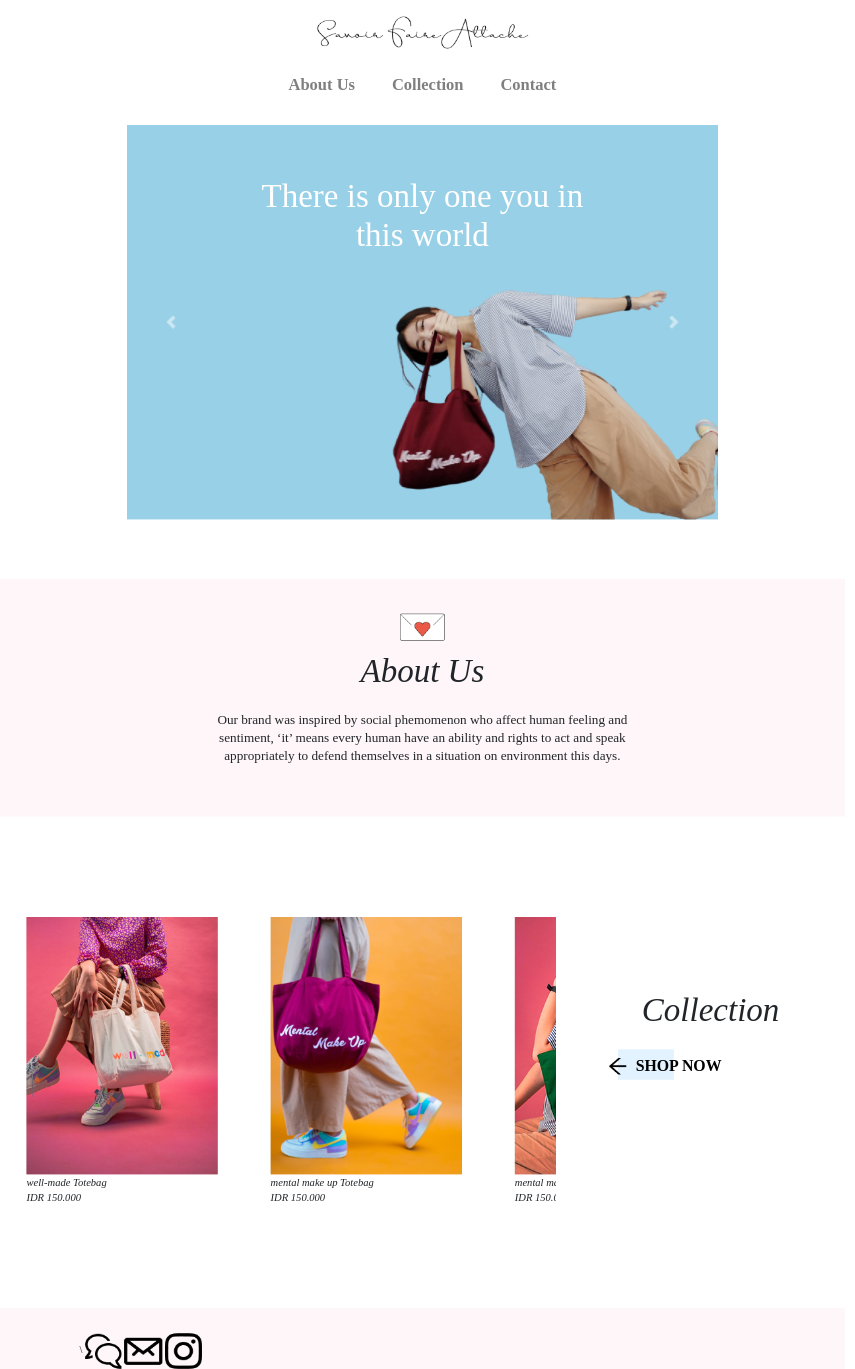
Repository: bismowibi/savoir
Page: index.html
These files come from the project's save history. The page is drawn as it stood at one moment and after a run of saves; the edit follows.
The browser window is 1280 px wide. The page is 1295 px wide, so the pictures cover 1295 px, including what lies to the right of the window. The pictures show the whole page, at 66% of full size.
Some web fonts or font styles are not loaded; a fallback is used. Some web libraries are served in a nearby version.

Above is the page before, as saved 2020-04-06 22:39:15.

### index.html
<!doctype html>
<html lang="en">

<head>
  <title>Savoir Fairre Attache</title>
  <!-- Required meta tags -->
  <meta charset="utf-8">
  <meta name="viewport" content="width=device-width, initial-scale=1, shrink-to-fit=no">
  <!-- Internal CSS -->
  <link rel="stylesheet" href="style.css">
  <!-- Bootstrap CSS -->
  <link rel="stylesheet" href="https://stackpath.bootstrapcdn.com/bootstrap/4.3.1/css/bootstrap.min.css"
    integrity="sha384-ggOyR0iXCbMQv3Xipma34MD+dH/1fQ784/j6cY/iJTQUOhcWr7x9JvoRxT2MZw1T" crossorigin="anonymous">
  <!-- Font Face GT -->
  <link href="https://db.onlinewebfonts.com/c/4417812509ea84242dcf790e829ca350?family=GT+Walsheim+Pro+Regular" rel="stylesheet" type="text/css"/>
    <!-- Icon -->
  <script src="https://kit.fontawesome.com/c5d0666ee9.js" crossorigin="anonymous"></script>
</head>

<body>

  <!-- Optional JavaScript -->
  <!-- jQuery first, then Popper.js, then Bootstrap JS -->
  <script src="https://code.jquery.com/jquery-3.3.1.slim.min.js"
    integrity="sha384-q8i/X+965DzO0rT7abK41JStQIAqVgRVzpbzo5smXKp4YfRvH+8abtTE1Pi6jizo" crossorigin="anonymous">
  </script>
  <script src="https://cdnjs.cloudflare.com/ajax/libs/popper.js/1.14.7/umd/popper.min.js"
    integrity="sha384-UO2eT0CpHqdSJQ6hJty5KVphtPhzWj9WO1clHTMGa3JDZwrnQq4sF86dIHNDz0W1" crossorigin="anonymous">
  </script>
  <script src="https://stackpath.bootstrapcdn.com/bootstrap/4.3.1/js/bootstrap.min.js"
    integrity="sha384-JjSmVgyd0p3pXB1rRibZUAYoIIy6OrQ6VrjIEaFf/nJGzIxFDsf4x0xIM+B07jRM" crossorigin="anonymous">
  </script>

  <section id="title">
    <div class="container-fluid">

      <!-- Header-logo -->
      <header id="site-header">
        <!-- <h5>Sfa</h5> -->
        <img src="Photos/savoir.png" alt="">
      </header>

      <!-- Navigation Bar -->
      <nav class="navbar navbar-expand-lg navbar-light">
        <a class="navbar-brand d-block d-sm-block d-md-bock d-lg-none navbar-right" style="float: none;"
          href="#">Sfa</a>

        <!-- Navbar Collapse Button -->
        <button class="navbar-toggler" type="button" data-toggle="collapse" data-target="#navbarTogglerDemo02"
          aria-controls="navbarTogglerDemo02" aria-expanded="false" aria- label="Toggle navigation">
          <span class="navbar-toggler-icon"></span>
        </button>

        <!-- Navbar Menu -->
        <div class="collapse navbar-collapse" id="navbarTogglerDemo02">
          <ul class="navbar-nav mx-auto">
            <li class="nav-item"><a class="nav-link" href="#about-us">About Us</a></li>
            <li class="nav-item"><a class="nav-link" href="#collection">Collection</a></li>
            <li class="nav-item"><a class="nav-link" href="#contact">Contact</a></li>
          </ul>
      </nav>
  </section>

  <!-- Home  -->
  <section id="home">
    <!-- <div class="container"> -->
    <div id="carouselExampleControls" class="carousel slide" data-ride="carousel" data-interval="0">
      <div class="carousel-inner">
        <!-- Card 1  -->
        <div class="carousel-item active">
          <div class="row card-1">
            <div class="col-lg-12">
              <h2 class="text-center">There is only one you in <br>this world</h2>
            </div>
            <div class="col-lg-12">
              <img class="img-card-1" src="Photos/card-1.png" alt="">
            </div>
          </div>
        </div>
        <!-- Card 2  -->
        <div class="carousel-item">
          <div class="row card-2">
            <div class="col-lg-6">
              <img class="img-card-2" src="Photos/card-2.png" alt="">
            </div>
            <div class="col-lg-6">
              <h2>Chic and <br>Colourful</h2>
            </div>
          </div>
        </div>
        <!-- Card 3 -->
        <div class="carousel-item">
          <div class="row card-3">
            <div class="col-lg-6">
              <h2>Savoir Faire Attache</h2>
            </div>
            <div class="col-lg-6">
              <img class="img-card-3" src="Photos/card-3.png" alt="">
            </div>
          </div>
        </div>
        <!-- Card 4 -->
        <div class="carousel-item">
          <div class="row card-4">
            <div class="col-lg-6">
              <h2>Grab yours now!</h2>
            </div>
            <div class="col-lg-6">
              <img class="img-card-4" src="Photos/card-4-n.png" alt="">
            </div>
          </div>
        </div>
      </div>
      <!-- Button Slider  -->
      <a class="carousel-control-prev" href="#carouselExampleControls" role="button" data-slide="prev">
        <span class="carousel-control-prev-icon" aria-hidden="true"></span>
        <span class="sr-only">Previous</span>
      </a>
      <a class="carousel-control-next" href="#carouselExampleControls" role="button" data-slide="next">
        <span class="carousel-control-next-icon" aria-hidden="true"></span>
        <span class="sr-only">Next</span>
      </a>
    </div>
    </div>
  </section>

  <section id="about-us">
    <div class="container-fluid">
      <div class="row text-center">
        <div class="col-about col-lg-12 ">
          <img class="love-letter" src="Photos/love-letter.png" alt="">
        </div>
        <div class="col-lg-12 text-center">
          <h2>About Us</h2>
          <p class="">Our brand was inspired by social phemomenon who affect human feeling and <br> sentiment, ‘it’ means every human have an ability and rights to act and speak <br>appropriately to defend themselves in a situation on environment this days. </p>
        </div>
      </div>
    </div>
    </div>
  </section>


  <!-- Collection -->
  <section id="collection">
    <!-- Scroling -->
    <div class="row scrolling-row">
      <div class="col-lg-8 sm-12">
        <div class="scrolling-wrapper-flexbox">
          <div class="card">
            <img src="Photos/img-collect-1.png" alt="">
            <span>well-made Totebag <br>IDR 150.000<span>
          </div>
          <div class="card">
            <img src="Photos/img-collect-2.png" alt="">
            <span>mental make up Totebag <br>IDR 150.000<span>
          </div>
          <div class="card">
            <img src="Photos/img-collect-3.png" alt="">
            <span>mental make up Totebag <br>IDR 150.000<span>
          </div>
          <div class="card">
            <img src="Photos/img-collect-4.png" alt="">
            <span>amore Totebag <br>IDR 150.000<span>
          </div>
        </div>
      </div>
      <div class="shop-now col-lg-4 sm-12">
        <h1 class="text-center">Collection</h1>
        <div class="arrow">
          <img class="img-arrow" src="Photos/arrow-biru.png" alt="">
          <a href="https://linktr.ee/savoirfaire_attache" target="_blank">
            <h4> SHOP NOW</h4>
          </a>
        </div>

      </div>
      </di>

  </section>

  <section id="contact">
  <div class="container-fluid">
    <div class="row text-center">
      <div class="col-lg-4 ">\
        <img class="line-img" src="Photos/text-icon.png" alt="">
        <img class="mail-img"   src="Photos/mail-icon.png" alt="">
        <img class="ig-img"  src="Photos/ig-icon-2.png" alt="">
      </div>
    </div>
    </div>
    <!-- Mobile Version Code -->
    <div class="row contact-mobile text-center">
      <div class="col-sm-4">
        <img class="line-img" src="Photos/text-icon.png" alt="">
        <img class="mail-img"   src="Photos/mail-icon.png" alt="">
        <img class="ig-img"  src="Photos/ig-icon-2.png" alt="">
      </div>
      <div class="col-sm-12">
        <h6>Shipping only on Mon - Wed - Fri </h6>
      </div>
      </div>
    </div>


  </div>





  </section>











</body>

</html>

### style.css
/* Header - Logo */
#site-header {
    text-align: center;
    padding-top: 2%;
    font-family: "BeautyDream";
    font-size: 30px;
}

#site-header h5 {
    font-size: 30px;
}

#title{
    padding-bottom: 2%;
}
/* Navigation Bar */
.navbar-nav>li {
    padding-left: 20px;
    padding-right: 20px;
    font-family: "GT Walsheim Pro Regular";
    font-weight: bold;
    font-size:25px;
    margin-top:20px;
}

.navbar-brand {
    font-family: "BeautyDream";
    font-size: 2rem !important;
}


/* Home Card Background */
.card-1 {
    background-color: #98D0E7;
}

.card-2 {
    background-color: #D54C63;
}

.card-3 {
    background-color: #FECF70;
}

.card-4 {
    background-color: #F7E6D8;
}

/* Home */
#home {
    padding: 0% 15% 7%;
}

#carouselExampleControls h2 {
    font-family: "Futura";
    font-size: 50px;
    position: relative;
}

/* Card 1  */
.img-card-1 {
    position: relative;
    left: 35%;
    height: 470px;
}

.card-1 h2 {
    top: 60%;
    color: white;
}

/* Card 2 */
.img-card-2 {
    position: relative;
    left: 25%;
}

.card-2 h2 {
    color: #ffff;
    top: 40%;
    left: 10%;
}

/* Card 3 */
.card-3 h2 {
    color: #9C7C62;
    top: 35%;
    left: 23%;
}

/* Card-4 */
.card-4 h2 {
    left: 30%;
    top: 20%;
    color: #D54C63;
}

.img-card-4{

}
/* About Us */
#about-us {
    background-color: #FEF6F8;
    height: 360px;
    /* text-align: center; */
    padding: 3% 15% 3%;
    font-family: "GTWalsheimProRegular";
}

#about-us p{
    font-size: 20px;
    line-height: 27px;
    margin-top:30px;
}

#about-us h2 {
    font-family: Futura;
    font-style: italic;
    font-weight: 500;
    font-size: 50px;
}


/* Collection */

#collection {
    padding-top: 12%;
    padding-bottom:12%;
    font-family: "Futura";
    font-weight: 500;
    font-style: italic;
}

.scrolling-wrapper-flexbox {
    display: flex;
    white-space: nowrap;
    overflow-x: scroll;
    overflow-y:hidden;



}

.scrolling-wrapper-flexbox::-webkit-scrollbar {
    display: none;

}


.card {
    flex: 0 0 auto;
    /* height: 290px;
    width: 390px; */
    margin-left: 40px;
    margin-right: 40px;
    border: none !important;

}

#collection h1 {
    font-size: 50px;
    margin-top: 110px;

}

.arrow {
    margin-left: 45px;
    margin-top: 30px;

}

.arrow h4 {
    left: 24%;
    position: absolute;
    top: 48%;
    font-style: normal;
    font-weight: bold;
}

#collection a {
    color: black;
}

#collection a:hover {
    color: #d24967;
}



/* Contact */

#contact{
    padding: 3% 0% 0% 0%;
    background-color: #FEF6F8 ;
    font-family: "Futura";
}

#contact h2{
    font-size: 50px;
    font-style: italic;
    padding-top: 1%;
}

.contact-icon{
    padding-top:40px;
}

.shipping h6{
    font-size: 18px;
    margin-top: 15px;
    line-height: 45px;
    padding-top: 3%;
}

.contact-icon a {
    position: absolute;
    z-index: 9999;
 }


/* Only Show on Web */

@media only screen and (min-width:990px) {
.line{
    left:360px;
}

.mail{
    right: 370px;
    top: 10px;
}

#contact .contact-mobile{
    display: none;
}

}
#contact p{
    margin-top: 10px;
    opacity: 0;

}





/* Mobile Version */
@media only screen and (max-width:990px) {
    #site-header {
        display: none;
    }
}




@media only screen and (max-width:990px) {
    #home {
        padding: 0 0 0 0 !important;
    }
    .navbar-nav>li{
        font-size:15px;
    }
    /* Heading 2 Mobile */
    #carouselExampleControls h2 {
        font-size: 30px;
        text-align: center;
        display: flex;
        flex-direction: column;

    }

    #carouselExampleControls br{
        display: none;
    }

    .card-1, .card-2, .card-3, .card-4{
       height: 500px;
    }


    /* Card 1 Mobile */
    .img-card-1 {
        height: 80%;
        width: auto;
        position: relative;
        left: 4%;
        top: 3%;

    }

    /* Card 2 Mobile */
    .img-card-2 {
        position: relative;
        top: 22%;
        left: 10%;
        width: 80%;
    }

    .card-2 h2 {
        left: 0%;
        top: -1000%;
}


    /* Card 3 Mobile */
    .card-3 h2 {
        left:0%;
        top:130%;
    }

    .img-card-3 {
        width: auto;
        height: 70%;
        position: relative;
        left: 10%;
        top: 9%;

    }

    /* Card 4 Mobile */
    .img-card-4 {
        width: 81.5%;
        left: 10%;
        position: relative;
        top: 0%;
    }

    .card-4 h2 {
        left:0%;
        top:130%;
    }


    /* About Us Mobile Ver */
    #about-us {
        margin-top: 20%;
        padding-left: 0%;
        padding-right: 0%;
    }

    #about-us br{
        display: none;
    }

    #about-us h2 {
        font-size: 30px;
    }

    #about-us p {
        font-size: 15px;
        line-height: 24px;
    }

    #about-us .row{
        padding-top:40px;
    }

    /* Collection  Mobile Ver*/
    #collection {
        padding-top: 20%;
    }

    #collection h1 {
        font-size: 30px;
        margin-top: 0;

    }

    .arrow h4 {
        font-size: 15px;
        ;
        left: 30%;

    }

    .scrolling-row {
        display: flex;
        flex-direction: column-reverse;
    }

    .img-arrow {
        left: 5%;
        position: relative;
        margin-bottom: 13%;
    }
    #contact h2{
        font-size:30px;
        padding-top:5%;
    }

    .con{
        padding-top:2%;
    }
    .contact-icon{
        display: none;
    }

    .contact-mobile{
        padding-top: 10%;
    }
    .mail-img, .line-img, .ig-img {
        width: auto;
        height:60%;
        margin-left:4%;
        margin-right:4%;

    }


    .contact-mobile h6{
        font-size: 14px;
        padding-top: 20px;
    }





}


}

/* Font  */



@font-face{

    font-family: 'GTWalsheimProRegular';
    src: url('Font/GTWalsheimPro-Regular.eot');
    src: url('Font/GTWalsheimPro-Regular.eot?#iefix') format('embedded-opentype'),
         url('Font/GTWalsheimPro-Regular.woff2') format('woff2'),
         url('Font/GTWalsheimPro-Regular.woff') format('woff'),
         url('Font/GTWalsheimPro-Regular.svg#GTWalsheimPro-Regular') format('svg');
    font-weight: normal;
    font-style: normal;

    }


@font-face {

    font-family: 'BeautyDream';
    src: url('Font/Beauty-Dream.eot');
    src: url('Font/Beauty-Dream.eot?#iefix') format('embedded-opentype'),
         url('Font/Beauty-Dream.woff2') format('woff2'),
         url('Font/Beauty-Dream.woff') format('woff'),
         url('Font/Beauty-Dream.svg#Beauty-Dream') format('svg');
    font-weight: normal;
    font-style: normal;

    }
    @import url(https://db.onlinewebfonts.com/c/4417812509ea84242dcf790e829ca350?family=GT+Walsheim+Pro+Regular);

    @font-face {font-family: "GT Walsheim Pro Regular"; src: url("https://db.onlinewebfonts.com/t/4417812509ea84242dcf790e829ca350.eot"); src: url("https://db.onlinewebfonts.com/t/4417812509ea84242dcf790e829ca350.eot?#iefix") format("embedded-opentype"), url("https://db.onlinewebfonts.com/t/4417812509ea84242dcf790e829ca350.woff2") format("woff2"), url("https://db.onlinewebfonts.com/t/4417812509ea84242dcf790e829ca350.woff") format("woff"), url("https://db.onlinewebfonts.com/t/4417812509ea84242dcf790e829ca350.ttf") format("truetype"), url("https://db.onlinewebfonts.com/t/4417812509ea84242dcf790e829ca350.svg#GT Walsheim Pro Regular") format("svg"); }

After the next 2 saves:
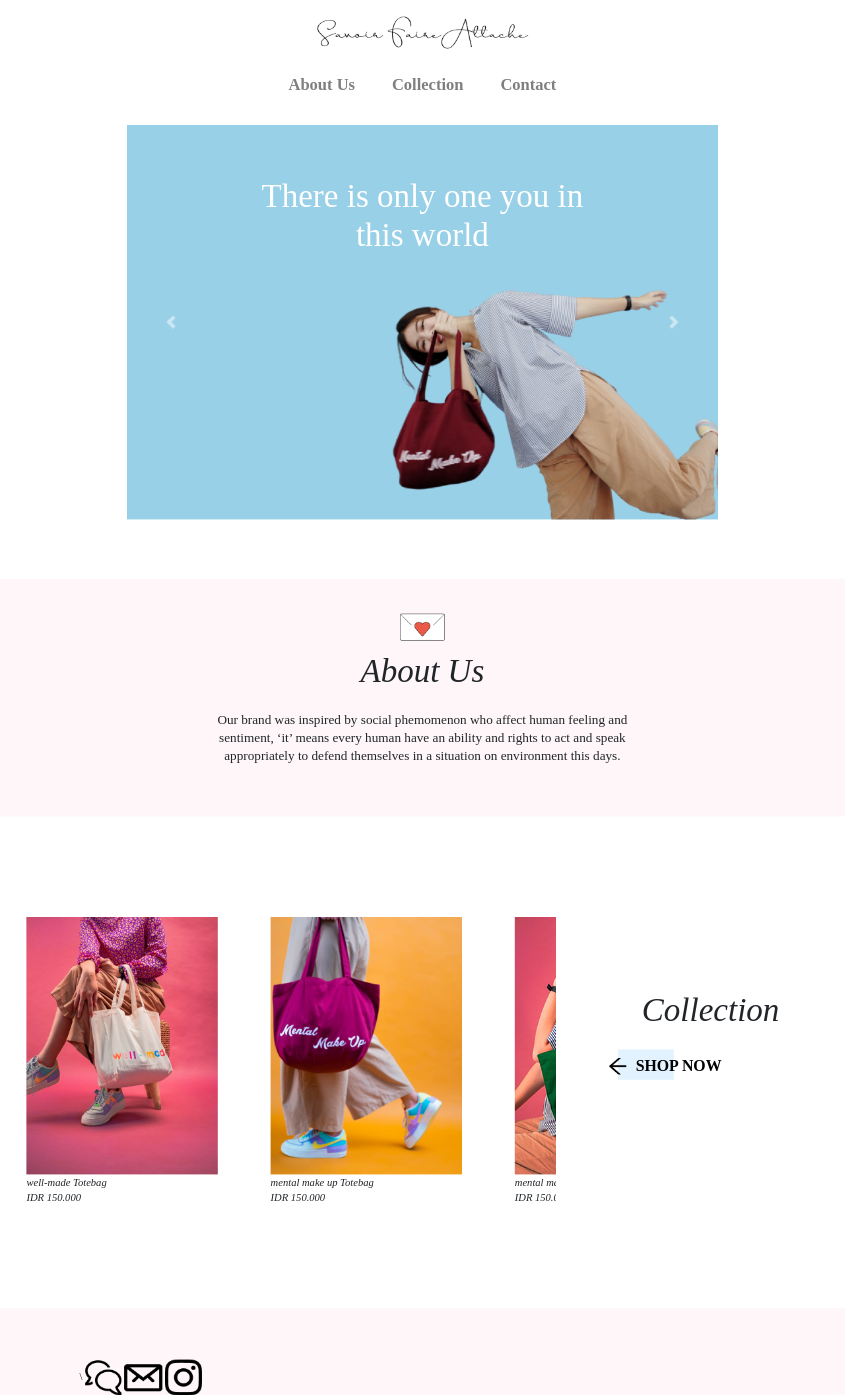
The 2 saves are shown as one change because they came seconds apart.
The last was saved 6 s later.
--- a/index.html
+++ b/index.html
@@ -181,7 +181,7 @@
   <section id="contact">
   <div class="container-fluid">
     <div class="row text-center">
-      <div class="col-lg-4 ">\
+      <div class="col-lg-4 contact-icon">\
         <img class="line-img" src="Photos/text-icon.png" alt="">
         <img class="mail-img"   src="Photos/mail-icon.png" alt="">
         <img class="ig-img"  src="Photos/ig-icon-2.png" alt="">
